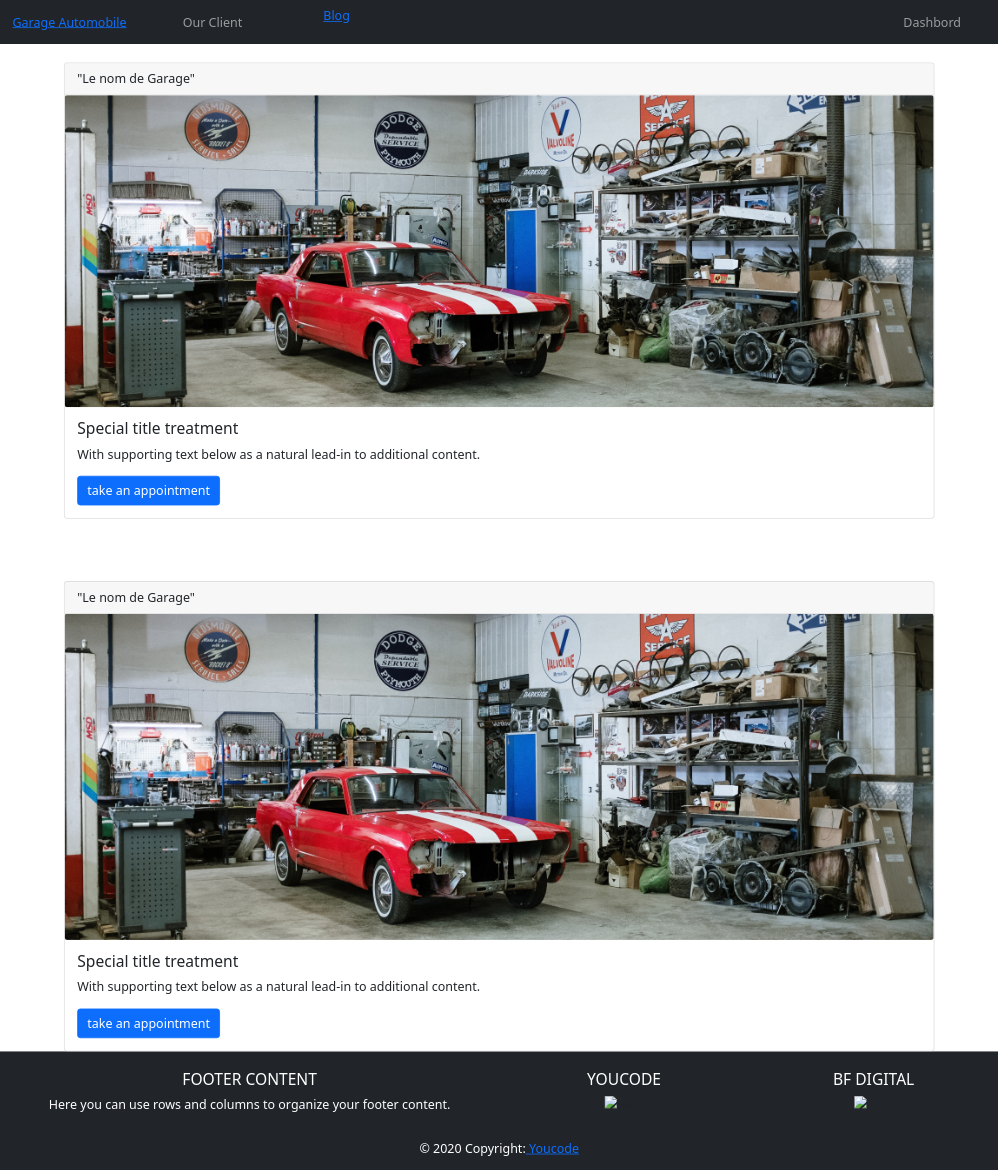
Repository: abdelhak-f/Fil-Rouge
Page: /Blog (app in client/)
The author's editor kept a copy of each file at every save. The page is drawn from the files as they stood at one save, then again after the next save.
The browser window is 1280 px wide. The pictures show the whole page, at 78% of full size.
The project was rebuilt for these pictures with package versions that can differ from the ones it lists, and the page was loaded fresh each time. Also part of the build but not shown: client/src/components/Text.jsx, client/src/components/forms/FirstFrontForm.jsx, client/src/components/Body.jsx.

Above is the page before, as saved 2021-09-07 17:03:33.

### client/public/index.html
<!DOCTYPE html>
<html lang="en">
  <head>
    <meta charset="utf-8" />
    <link rel="icon" href="%PUBLIC_URL%/favicon.ico" />
    <meta name="viewport" content="width=device-width, initial-scale=1" />
    <meta name="theme-color" content="#000000" />
    <meta
      name="description"
      content="Web site created using create-react-app"
    />
    <!--   import bootstrao  -->
    <link
  rel="stylesheet"
  href="https://cdn.jsdelivr.net/npm/bootstrap@5.1.0/dist/css/bootstrap.min.css"
  integrity="sha384-KyZXEAg3QhqLMpG8r+8fhAXLRk2vvoC2f3B09zVXn8CA5QIVfZOJ3BCsw2P0p/We"
  crossorigin="anonymous"
  />

    <link rel="apple-touch-icon" href="%PUBLIC_URL%/logo192.png" />
    <!--
      manifest.json provides metadata used when your web app is installed on a
      user's mobile device or desktop. See https://developers.google.com/web/fundamentals/web-app-manifest/
    -->
    <link rel="manifest" href="%PUBLIC_URL%/manifest.json" />
    <!--
      Notice the use of %PUBLIC_URL% in the tags above.
      It will be replaced with the URL of the `public` folder during the build.
      Only files inside the `public` folder can be referenced from the HTML.

      Unlike "/favicon.ico" or "favicon.ico", "%PUBLIC_URL%/favicon.ico" will
      work correctly both with client-side routing and a non-root public URL.
      Learn how to configure a non-root public URL by running `npm run build`.
    -->
    <title>React App</title>
  </head>
  <body>
    <noscript>You need to enable JavaScript to run this app.</noscript>
    <div id="root"></div>
    <!--
      This HTML file is a template.
      If you open it directly in the browser, you will see an empty page.

      You can add webfonts, meta tags, or analytics to this file.
      The build step will place the bundled scripts into the <body> tag.

      To begin the development, run `npm start` or `yarn start`.
      To create a production bundle, use `npm run build` or `yarn build`.
    -->
  </body>
</html>

### client/src/index.js
import React from 'react';
import ReactDOM from 'react-dom';
import './index.css';
import App from './App';
import reportWebVitals from './reportWebVitals';

// import bootstrap
import 'bootstrap/dist/css/bootstrap.min.css';

ReactDOM.render(
  <React.StrictMode>
    <App />
  </React.StrictMode>,
  document.getElementById('root')
);

// If you want to start measuring performance in your app, pass a function
// to log results (for example: reportWebVitals(console.log))
// or send to an analytics endpoint. Learn more: https://bit.ly/CRA-vitals
reportWebVitals();

### client/src/App.js
// import './App.css';
import React from 'react';

import Navbar from './components/Nnavbar';
import Body from './components/Body';
import Footer from './components/Footer';
import Blog from './components/Blog';

import { BrowserRouter as Router, Switch, Route } from 'react-router-dom';






function App() {
  return (


    <>
<Router>

     <Navbar />




    <Switch>
    <Route  path="/" exact component={Body} />
       <Route  path="/Blog" component={Blog} />
    </Switch>

    <Footer/>
</Router>
    </>

  );
}

export default App;

### client/src/components/Nnavbar.jsx
import React from 'react';
import { NavLink } from 'react-router-dom';

import * as ReactBootstrap from 'react-bootstrap';









function Navbar() {
    return(
      <>

            <ReactBootstrap.Navbar className="mb-5" collapseOnSelect expand="lg" bg="dark" variant="dark" fixed="top">

 <NavLink className="mx-3" to="/">Garage Automobile</NavLink>
 <ReactBootstrap.Navbar.Toggle aria-controls="responsive-navbar-nav" />
 <ReactBootstrap.Navbar.Collapse id="responsive-navbar-nav">
   <ReactBootstrap.Nav className="me-auto">
     <ReactBootstrap.Nav.Link className="mx-5" href="#features">Our Client</ReactBootstrap.Nav.Link>
     <NavLink  className="px-5" to="/blog">Blog</NavLink>
     {/* <ReactBootstrap.NavDropdown title="Dropdown" id="collasible-nav-dropdown">
       <ReactBootstrap.NavDropdown.Item href="#action/3.1">Action</ReactBootstrap.NavDropdown.Item>
       <ReactBootstrap.NavDropdown.Item href="#action/3.2">Another action</ReactBootstrap.NavDropdown.Item>
       <ReactBootstrap.NavDropdown.Item href="#action/3.3">Something</ReactBootstrap.NavDropdown.Item>
       <ReactBootstrap.NavDropdown.Divider />
       <ReactBootstrap.NavDropdown.Item href="#action/3.4">Separated link</ReactBootstrap.NavDropdown.Item>
     </ReactBootstrap.NavDropdown> */}
   </ReactBootstrap.Nav>
   <ReactBootstrap.Nav>
     <ReactBootstrap.Nav.Link href="#deets" className="px-5" > Dashbord</ReactBootstrap.Nav.Link>
     {/* <ReactBootstrap.Nav.Link eventKey={2} href="#memes">
       Admin
     </ReactBootstrap.Nav.Link> */}
   </ReactBootstrap.Nav>
 </ReactBootstrap.Navbar.Collapse>

</ReactBootstrap.Navbar>





</>

    )
}

export default Navbar ;

### client/src/components/Footer.jsx
import React from "react";


function Footer () {
    return(
<footer  className="pt-4 page-footer font-small blue bg-dark ">
    <div className="text-center container-fluid text-md-left ">
        <div className="row">
            <div className="mt-3 text-white col-md-6 mt-md-0">
                <h5 className=" text-uppercase">Footer Content</h5>
                <p >Here you can use rows and columns to organize your footer content.</p>
            </div>

            <hr className="clearfix pb-0 w-100 d-md-none"/>

            <div className="mb-3 col-md-3 mb-md-0">
                <h5 className="text-white text-uppercase">Youcode</h5>
                <img src="" alt="logo" width={300} /></div>

            <div className="mb-3 col-md-3 mb-md-0">
                <h5 className="text-white text-uppercase " >BF Digital</h5>
                <img src="" alt="logo" width={300} />
            </div>
        </div>
    </div>

    <div className="py-3 text-center text-white footer-copyright " >© 2020 Copyright:
        <a href="https://www.youcode.ma/"> Youcode</a>
    </div>

</footer>
)

}

export default Footer

### client/src/components/Blog.jsx
import React from 'react'
import './css/style.css';
import {Container,Card, Button} from 'react-bootstrap';
import image from '../images/image.jpg';

function Blog() {
  return (

     <Container  className="Blog" >
         {/* first blog */}
         <Card >
           <Card.Header  >"Le nom de Garage"  </Card.Header>
            <Card.Img style={{ height: '400px', weiht: '500px' }} src={image} />
            <Card.Body>
            <Card.Title>Special title treatment</Card.Title>
            <Card.Text>
                 With supporting text below as a natural lead-in to additional content.
            </Card.Text>
            <Button variant="primary">take an appointment</Button>
           </Card.Body>
        </Card>

        <Card className="Blog">
           <Card.Header  >"Le nom de Garage"  </Card.Header>
            <Card.Img  src={image} />
            <Card.Body>
            <Card.Title>Special title treatment</Card.Title>
            <Card.Text>
                 With supporting text below as a natural lead-in to additional content.
            </Card.Text>
            <Button variant="primary">take an appointment</Button>
           </Card.Body>
        </Card>

        {/* second blog */}

     </Container>


  )

}

export default Blog

### client/src/components/css/style.css

.Blog {
    margin-top: 5rem;
  }

Loaded but not shown: client/src/index.css (common file); client/src/reportWebVitals.js (common file)

After the next save:
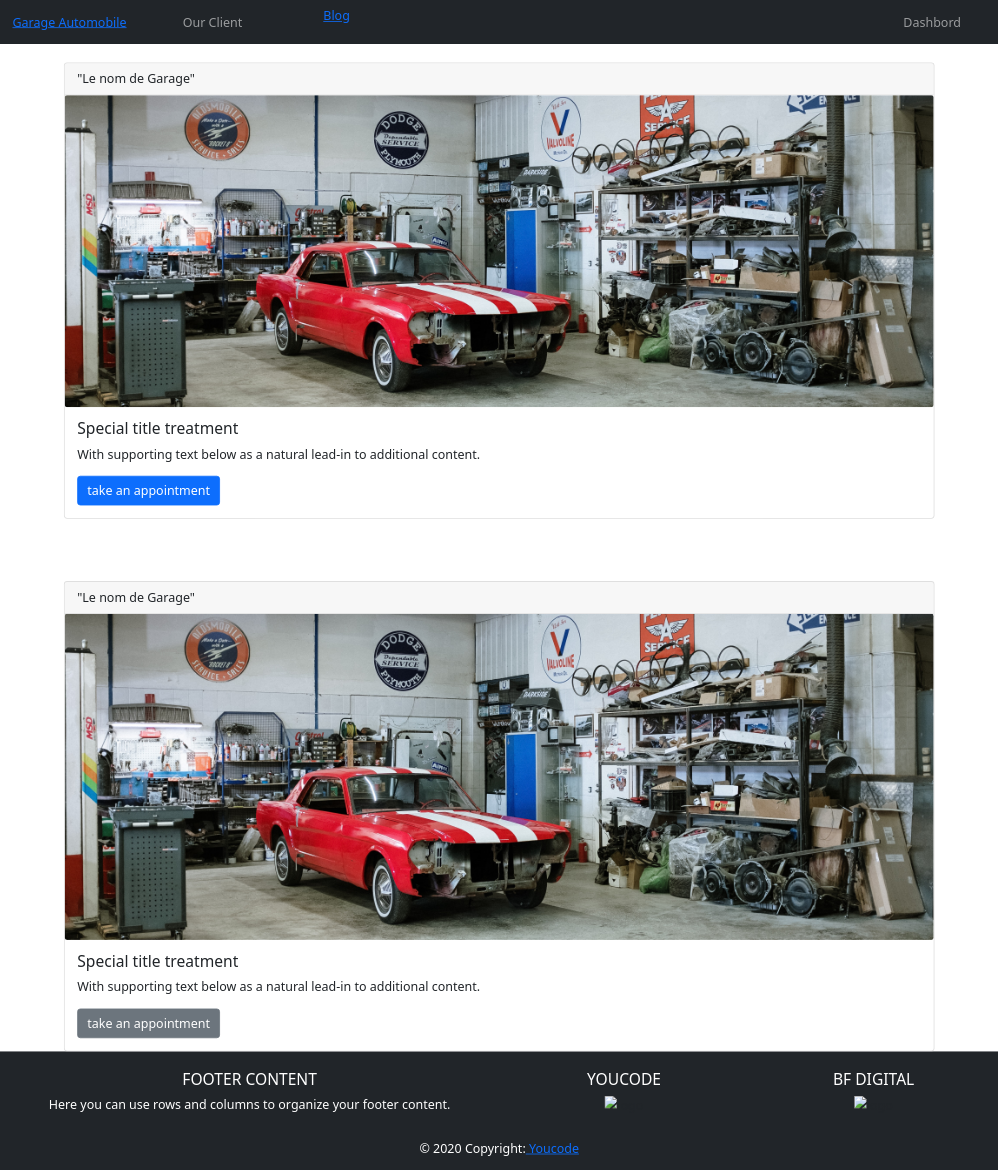
Saved 21 h 32 min later.
--- a/client/src/components/Blog.jsx
+++ b/client/src/components/Blog.jsx
@@ -28,7 +28,7 @@ function Blog() {
             <Card.Text>
                  With supporting text below as a natural lead-in to additional content.
             </Card.Text>
-            <Button variant="primary">take an appointment</Button>
+            <Button variant="secondary">take an appointment</Button>
            </Card.Body>
         </Card>
 
